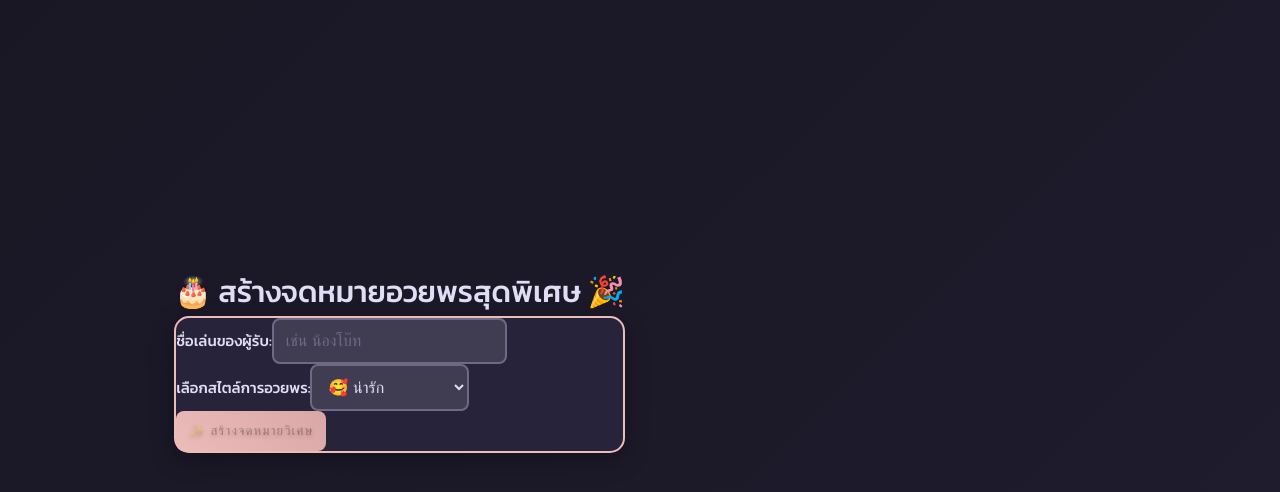
Repository: Jinwoo290350/Word_HBD
Page: /
The author's editor kept a copy of each file at every save. The page is drawn from the files as they stood at one save, then again after the next save.
The browser window is 1280 px wide. The pictures show the whole page.
The project was rebuilt for these pictures with package versions that can differ from the ones it lists, and the page was loaded fresh each time. Also part of the build but not shown: vite.config.js.

Above is the page before, as saved 2025-03-28 22:20:26.

### src/App.vue
<template>
  <div class="container mt-5">
    <h1 class="text-center mb-4">🎂 สร้างจดหมายอวยพรสุดพิเศษ 🎉</h1>
    <div class="card p-4 shadow">
      <div class="mb-3">
        <label class="form-label">ชื่อเล่นของผู้รับ:</label>
        <input
          v-model="nickname"
          type="text"
          class="form-control"
          placeholder="เช่น น้องโบ๊ท"
        >
      </div>

      <div class="mb-3">
        <label class="form-label">เลือกสไตล์การอวยพร:</label>
        <select v-model="theme" class="form-select">
          <option value="ซิกม่า หมาป่า">🐺 Sigma Wolf</option>
          <option value="ออทิสติก">🧩 ออทิสติก</option>
          <option value="ฮิปฮอป">👨🏿 Ninja (M)</option>
          <option value="ซักเกอร์แดดดี้">💵 Sugardaddy</option>
          <option value="โรบล็อกซ์">🎮 Roblox</option>
          <option value="อิสลาม">🕌 Islamic</option>
          <option value="คนทั่วไป">😊 ทั่วไป</option>
          <option value="ตลกขบขัน">🤣 ตลก</option>
          <option value="น่ารักอบอุ่น">🥰 น่ารัก</option>
        </select>
      </div>

      <button
        @click="generateWishes"
        class="btn btn-primary"
        :disabled="isLoading || !nickname"
      >
        <template v-if="!isLoading">
          ✨ สร้างจดหมายวิเศษ
        </template>
        <template v-else>
          🔮 กำลังวิเคราะห์พลังงานดีๆ...
        </template>
      </button>
    </div>

    <div v-if="result" class="letter-box mt-4 p-4 shadow">
      <div class="envelope-icon">✉️</div>
      <h2 class="text-center mb-3">ถึง {{ nickname }} ที่รัก...</h2>
      <div class="letter-content">{{ result }}</div>
      <button
        @click="copyText"
        class="btn btn-copy"
      >
        📄 คัดลอกข้อความ
      </button>
    </div>
  </div>
</template>

<script>
export default {
  data() {
    return {
      nickname: '',
      theme: 'น่ารักอบอุ่น',
      isLoading: false,
      result: ''
    }
  },
  methods: {
    async generateWishes() {
      this.isLoading = true
      try {
        const prompt = [
          `เขียนข้อความอวยพรวันเกิดให้กับ ${this.nickname} ในสไตล์ ${this.theme}`,
          'รูปแบบจดหมายสั้นๆ 2-3 ย่อหน้า',
          'ใช้ภาษาที่ตรงตามธีมที่เลือก',
          'เพิ่มเอโมจิให้เหมาะสม',
          'ลงท้ายด้วยชื่อเล่นหรือนามปากกาที่สร้างสรรค์'
        ].join('. ')

        const response = await fetch('https://api.opentyphoon.ai/v1/chat/completions', {
          method: 'POST',
          headers: {
            'Content-Type': 'application/json',
            'Authorization': 'Bearer YOUR_API_KEY'
          },
          body: JSON.stringify({
            model: "typhoon-v2-70b-instruct",
            messages: [{ role: "user", content: prompt }]
          })
        })

        if (!response.ok) throw new Error('API Error')

        const data = await response.json()
        this.result = data.choices[0].message.content
      } catch (error) {
        console.error('เกิดข้อผิดพลาด:', error)
        this.result = '🌀 เกิดความผิดพลาดทางจิตมิติ! กรุณาลองเชื่อมต่อพลังงานดีๆ อีกครั้ง...'
      } finally {
        this.isLoading = false
      }
    },
    async copyText() {
      try {
        await navigator.clipboard.writeText(this.result)
        alert('คัดลอกข้อความไปยังคลิปบอร์ดแล้ว! 📋')
      } catch (err) {
        alert('คัดลอกไม่สำเร็จ กรุณาลองใหม่!')
      }
    }
  }
}
</script>

<style>
@import url('https://fonts.googleapis.com/css2?family=Kanit:wght@300;500&display=swap');

body {
  background: linear-gradient(135deg, #191724 0%, #1f1d2e 100%);
  color: #e0def4;
  font-family: 'Kanit', sans-serif;
  min-height: 100vh;
}

.container {
  max-width: 800px;
  padding: 15px;
}

.card {
  background: #26233a;
  border: 2px solid #ebbcba;
  border-radius: 15px;
  transition: transform 0.3s ease;
}

.card:hover {
  transform: translateY(-5px);
}

.form-control, .form-select {
  background: #403d52;
  border: 2px solid #6e6a86;
  color: #e0def4;
  border-radius: 8px;
  padding: 12px;
  font-size: 16px;
}

.form-control::placeholder {
  color: #6e6a86;
}

.btn-primary {
  background: linear-gradient(45deg, #ebbcba, #d8a8a6);
  border: none;
  border-radius: 8px;
  padding: 12px;
  font-weight: 500;
  letter-spacing: 1px;
  text-shadow: 0 2px 4px rgba(0,0,0,0.2);
}

.btn-primary:hover {
  background: linear-gradient(45deg, #d8a8a6, #c69593);
}

.letter-box {
  background: #26233a;
  border: 2px solid #ebbcba;
  border-radius: 15px;
  position: relative;
  overflow: hidden;
}

.letter-box::before {
  content: '';
  position: absolute;
  top: -50%;
  left: -50%;
  width: 200%;
  height: 200%;
  background: linear-gradient(45deg, transparent, rgba(235,188,186,0.1), transparent);
  transform: rotate(45deg);
}

.letter-content {
  white-space: pre-wrap;
  line-height: 1.8;
  font-size: 1.1em;
  position: relative;
  z-index: 1;
}

.btn-copy {
  width: 100%;
  margin-top: 15px;
  background: #403d52;
  color: #ebbcba;
  border: 1px solid #6e6a86;
  transition: all 0.3s ease;
}

.btn-copy:hover {
  background: #504d66;
  transform: scale(1.02);
}

@media (max-width: 576px) {
  .container {
    padding: 10px;
  }

  .form-control, .form-select {
    font-size: 14px;
    padding: 10px;
  }

  .btn-primary {
    font-size: 14px;
    padding: 10px;
  }

  .letter-content {
    font-size: 15px;
  }
}

.envelope-icon {
  animation: float 3s ease-in-out infinite;
}

@keyframes float {
  0%, 100% { transform: translateY(0); }
  50% { transform: translateY(-10px); }
}

.shadow {
  box-shadow: 0 8px 24px rgba(0,0,0,0.3);
}
</style>

Loaded but not shown: index.html (common file); src/main.js (common file); src/assets/main.css (common file); src/assets/base.css (common file)

After the next save:
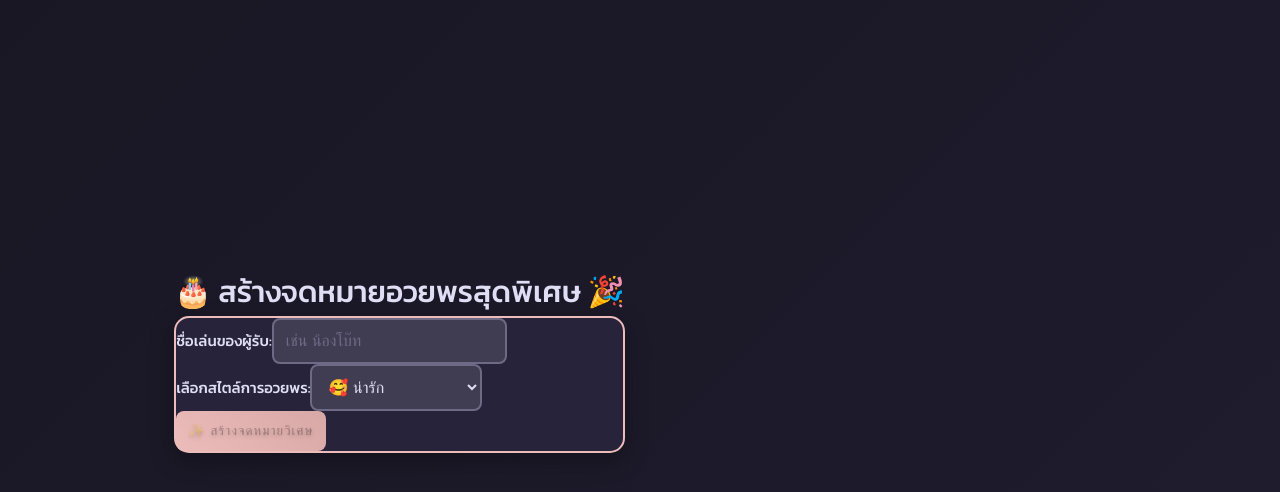
Saved 6 s later.
--- a/src/App.vue
+++ b/src/App.vue
@@ -17,7 +17,7 @@
         <select v-model="theme" class="form-select">
           <option value="ซิกม่า หมาป่า">🐺 Sigma Wolf</option>
           <option value="ออทิสติก">🧩 ออทิสติก</option>
-          <option value="ฮิปฮอป">👨🏿 Ninja (M)</option>
+          <option value="ฮิปฮอป">👨🏿 Ninja (Maybe)</option>
           <option value="ซักเกอร์แดดดี้">💵 Sugardaddy</option>
           <option value="โรบล็อกซ์">🎮 Roblox</option>
           <option value="อิสลาม">🕌 Islamic</option>
